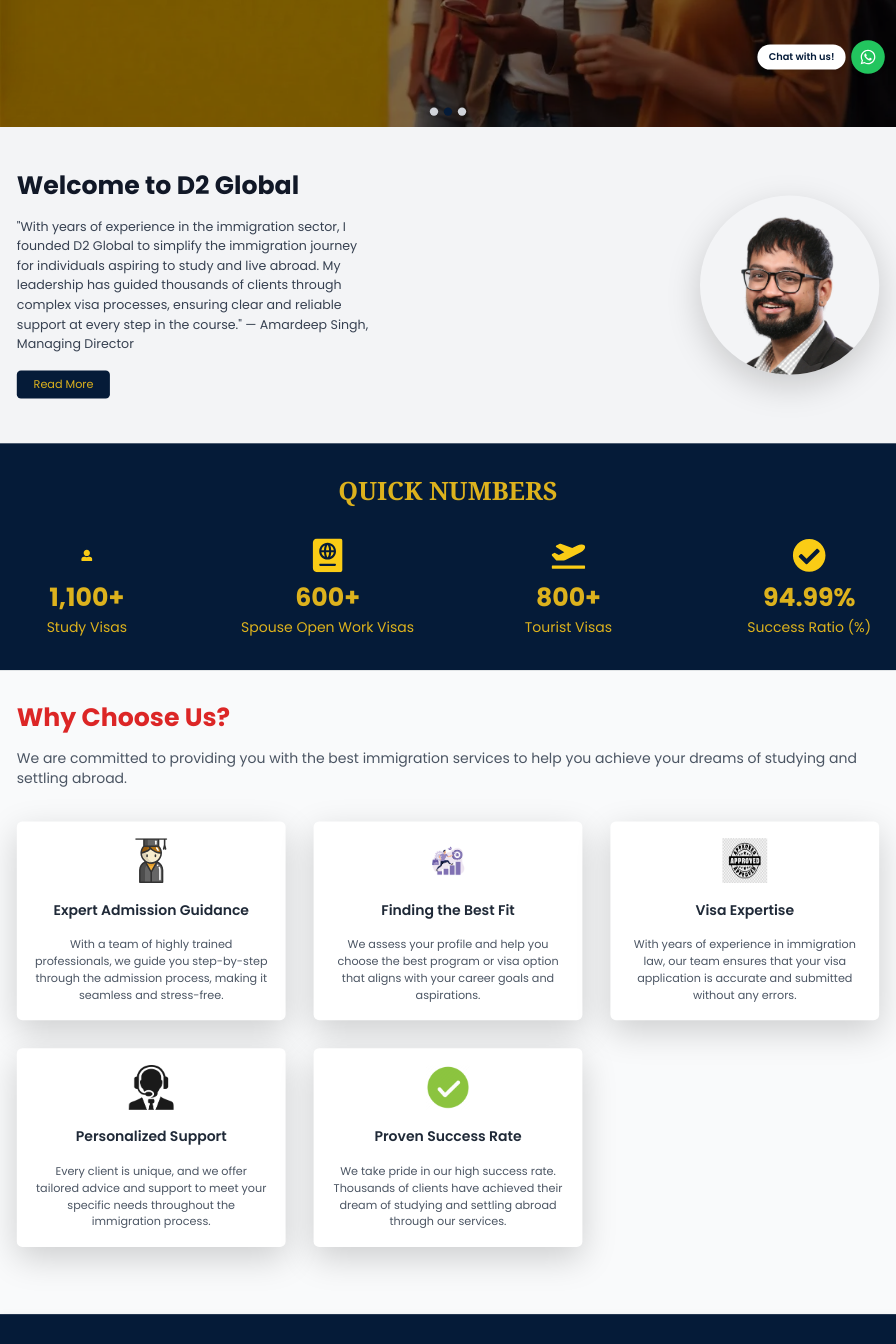
Repository: abhijeets54/d2globalbackup
Page: /
The author's editor kept a copy of each file at every save. The page is drawn from the files as they stood at one save, then again after the next save.
The browser window is 1280 px wide. The pictures show the part of the page from y = 599 to 2519 px (the page is 5754 px tall before and 5726 px after), at 70% of full size.
Some web fonts or font styles are not loaded; a fallback is used. The project was rebuilt for these pictures with package versions that can differ from the ones it lists, and the page was loaded fresh each time. Also part of the build but not shown: vite.config.js, src/components/Logo.jsx, src/components/Button.jsx, src/components/PostCard.jsx, src/components/Input.jsx, src/components/WhatPeopleAreSaying.jsx, src/components/PassportServiceSlider.jsx, src/components/Register.jsx and 25 more.

Above is the page before, as saved 2024-10-22 13:53:46.

After the next save:
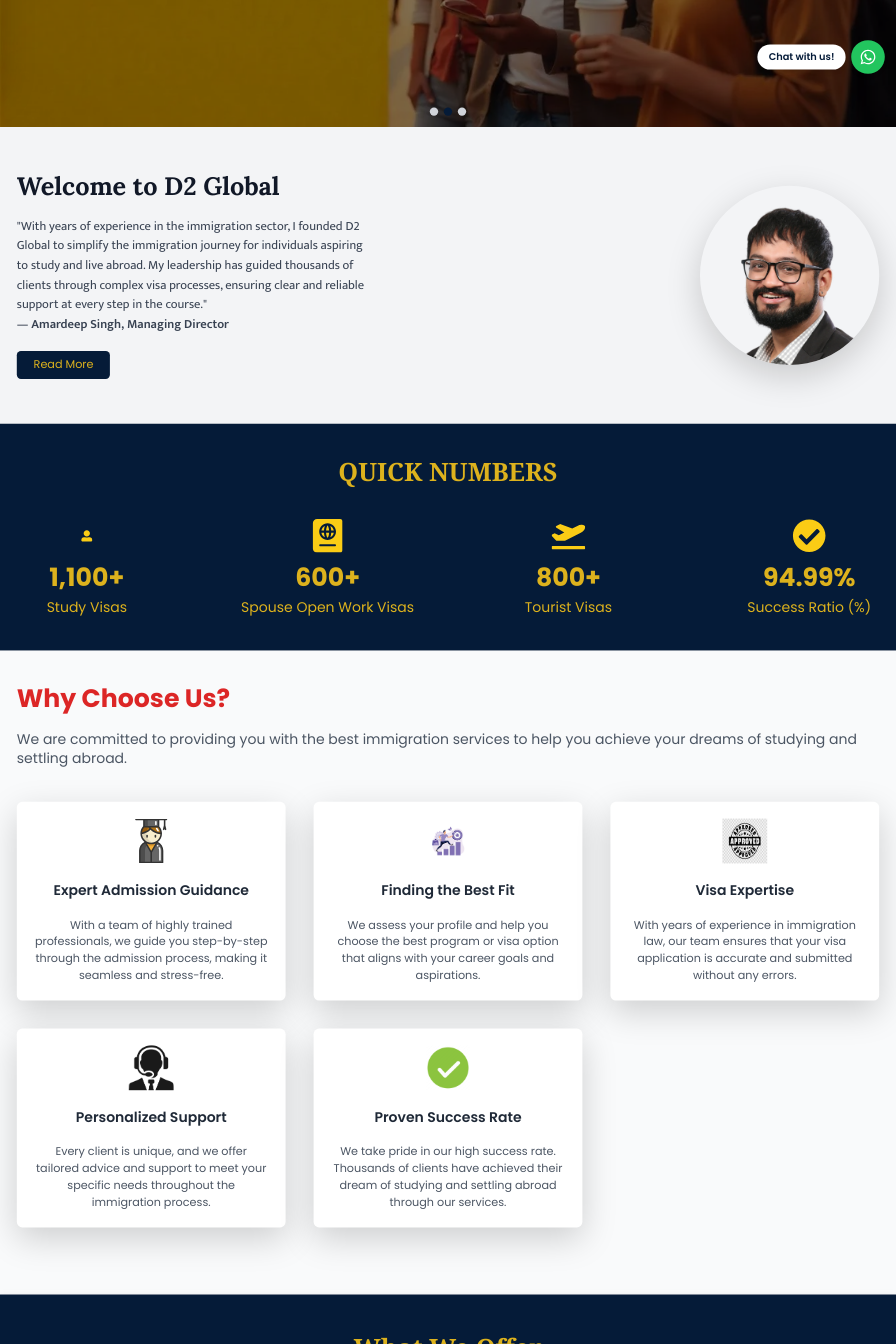
Saved 3 min 30 s later.
--- a/src/components/About.jsx
+++ b/src/components/About.jsx
@@ -41,15 +41,13 @@
 
         {/* Sliding Text Content */}
         <div
-          className={`transform transition-transform duration-1000 ${
-            slideIn ? 'translate-x-0' : '-translate-x-full'
-          } mt-8 md:mt-0 md:mr-10 max-w-lg text-left md:text-left`}
+          className={`transform transition-transform duration-1000 ${slideIn ? 'translate-x-0' : '-translate-x-full'} mt-8 md:mt-0 md:mr-10 max-w-lg text-left md:text-left`}
         >
-          <h2 className="text-3xl md:text-4xl  font-bold mb-4 text-gray-900">Welcome to D2 Global</h2>
-          <p className="text-base md:text-lg text-gray-700">
-          "With years of experience in the immigration sector, I founded D2 Global to simplify the immigration journey for individuals aspiring to study and live abroad. My leadership has guided thousands of clients through complex visa processes, ensuring clear and reliable support at every step in the course."
-
-— Amardeep Singh, Managing Director
+          <h2 className="text-3xl md:text-4xl font-bold mb-4 text-gray-900 font-lora">Welcome to D2 Global</h2> {/* Use custom font here */}
+          <p className="text-base md:text-lg text-gray-700 font-mukta">
+            "With years of experience in the immigration sector, I founded D2 Global to simplify the immigration journey for individuals aspiring to study and live abroad. My leadership has guided thousands of clients through complex visa processes, ensuring clear and reliable support at every step in the course."
+            <br />
+            <span className="font-semibold">— Amardeep Singh, Managing Director</span>
           </p>
 
           {/* Read More Button */}
@@ -61,21 +59,17 @@
           </button>
         </div>
 
-      {/* Sliding Image */}
-<div
-  className={`transform transition-transform duration-1000 ${
-    slideIn ? 'translate-x-0' : 'translate-x-full'
-  } mt-8 md:mt-0`}
->
-  <img
-    src="amar.webp"
-    alt="Profile"
-    className="rounded-full shadow-lg w-48 h-48 md:w-64 md:h-64 object-cover object-top mx-auto md:mx-0"
-    style={{ objectPosition: 'top center' }} // This will center the face more
-  />
-</div>
-
-
+        {/* Sliding Image */}
+        <div
+          className={`transform transition-transform duration-1000 ${slideIn ? 'translate-x-0' : 'translate-x-full'} mt-8 md:mt-0`}
+        >
+          <img
+            src="amar.webp"
+            alt="Amardeep Singh, Managing Director of D2 Global" // More descriptive alt text
+            className="rounded-full shadow-lg w-48 h-48 md:w-64 md:h-64 object-cover object-top mx-auto md:mx-0"
+            style={{ objectPosition: 'top center' }} // This will center the face more
+          />
+        </div>
       </div>
     </div>
   );
